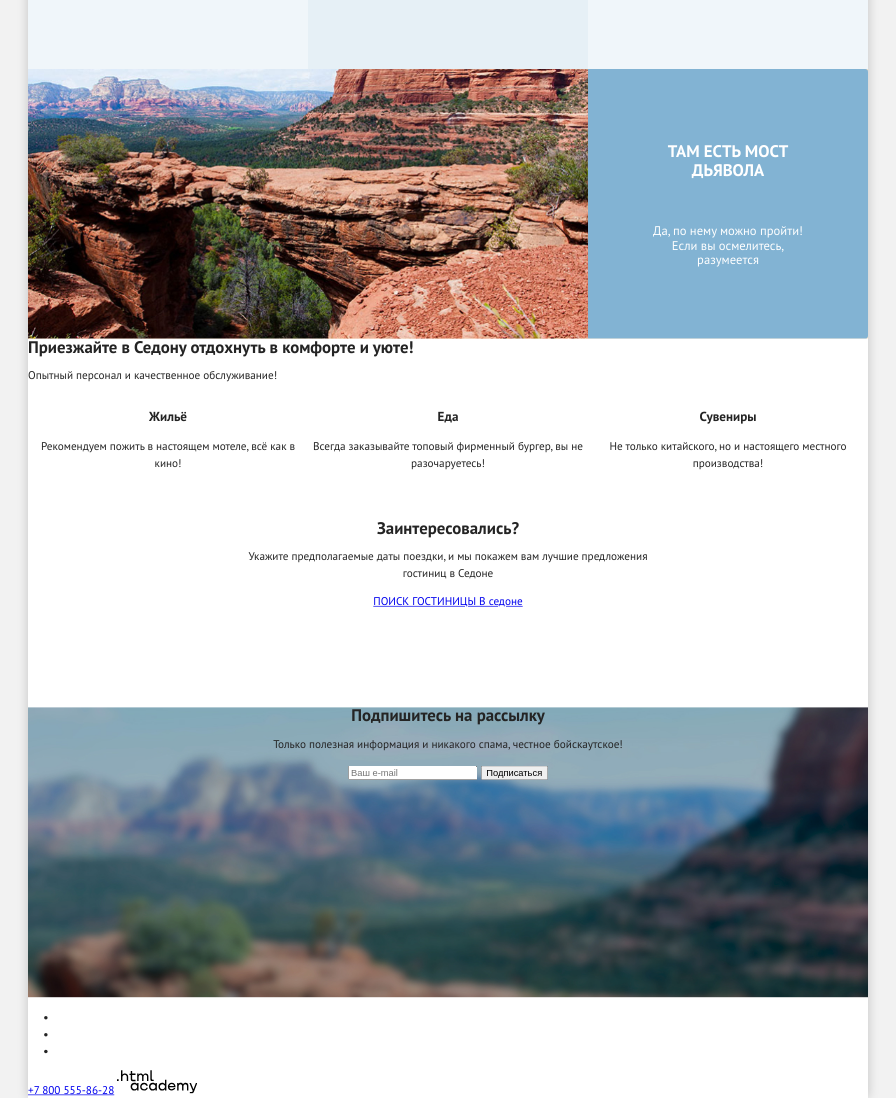
Repository: zakhgagne/2512253-sedona-1
Page: index.html
These files come from the project's save history. The page is drawn as it stood at one moment and after the next save; the edit follows.
The browser window is 1280 px wide. The pictures show the part of the page from y = 1481 to 3401 px (the page is 3050 px tall before and 3401 px after), at 70% of full size.

Above is the page before, as saved 2024-05-11 14:02:07.

### index.html
<!DOCTYPE html>
<html lang="ru">

  <head>
    <meta charset="utf-8">
    <title>Сайт города Седона</title>
    <link rel="stylesheet" href="styles/styles.css">
  </head>

  <body>
    <div class="container">
      <header class="header">
        <a class="logo-link" href="#">
          <img class="logo-image" src="./images/logo.svg" alt="Любимая Седона" width="" height="">
        </a>
        <nav class="navigation">
          <ul class="main-menu">
            <li class="menu-item">
              <a href="./index.html" class="menu-link">Главная</a>
            </li>
            <li class="menu-item">
              <a href="#" class="menu-link">О Седоне</a>
            </li>
            <li class="menu-item">
              <a href="./catalog.html" class="menu-link">Гостиницы</a>
            </li>
          </ul>
          <ul class="user-menu">
            <li class="user-menu-item">
              <a href="#" class="user-menu-link">
                <span class="visually-hidden">Поиск</span>
              </a>
            </li>
            <li class="user-menu-item">
              <a href="#" class="user-menu-link">
                <span class="visually-hidden">Избранное</span>
                <span class="like-number">12</span>
              </a>
            </li>
            <li class="user-menu-item">
              <a href="#" class="user-menu-link">Хочу сюда!</a>
            </li>
          </ul>
        </nav>
      </header>
      <main class="main-container">
        <h1 class="visually-hidden">Cайт города Седона</h1>
        <section class="welcome">
          <h2 class="visually-hidden">Приглашение</h2>
          <img src="./images/welcome.svg" class="welcome-image" width="" height="" alt="Welcome">
        </section>

        <section class="city">
          <h2 class="city-title">Седона — небольшой городок в Аризоне, заслуживающий большего!</h2>
          <p class="city-subtitle">Рассмотрим причины, по которым Седона круче, чем Гранд-каньон!</p>

          <ul class="reason-list">
            <li class="reason-item reason-item-special">
              <div class="reason-container">
                <h3 class="reason-title">Настоящий городок</h3>
                <p class="reason-text">Седона — не аттракцион для туристов, там течёт своя жизнь</p>
              </div>
              <img src="./images/photo-1.jpg" class="reason-image" width="" height="">
            </li>
            <li class="reason-item">
              <div class="reason-container">
                <h3 class="reason-title">Небольшая площадь</h3>
                <p class="reason-text">Все достопримечательности находятся очень близко</p>
              </div>
            </li>
            <li class="reason-item">
              <div class="reason-container">
                <h3 class="reason-title">Красивая дорога</h3>
                <p class="reason-text">Ехать в Седону из Лас-Вегаса совсем не скучно!</p>
              </div>
            </li>
            <li class="reason-item">
              <div class="reason-container">
                <h3 class="reason-title">Мало туристов</h3>
                <p class="reason-text">Большинство едет в Гранд Каньон и толпится там</p>
              </div>
            </li>
            <li class="reason-item reason-item-special">
              <img src="./images/photo-2.jpg" class="reason-image" width="" height="">
              <div class="reason-container">
                <h3 class="reason-title">Там есть мост дьявола</h3>
                <p class="reason-text">Да, по нему можно пройти! Если вы осмелитесь, разумеется</p>
              </div>
            </li>
          </ul>
        </section>

        <section class="city-welcome">
          <h2 class="desription">Приезжайте в Седону отдохнуть в комфорте и уюте!</h2>
          <p class="simple-text">Опытный персонал и качественное обслуживание!</p>

          <ul class="comfort-list">
            <li class="comfort-item">
              <h3 class="comfort-title">Жильё</h3>
              <p class="comfort-text">Рекомендуем пожить в настоящем мотеле, всё как в кино!</p>
            </li>
            <li class="comfort-item">
              <h3 class="comfort-title">Еда</h3>
              <p class="comfort-text">Всегда заказывайте топовый фирменный бургер, вы не разочаруетесь!</p>
            </li>
            <li class="comfort-item">
              <h3 class="comfort-title">Сувениры</h3>
              <p class="comfort-text">Не только китайского, но и настоящего местного производства!</p>
            </li>
          </ul>
        </section>

        <section class="interest">
          <h2 class="desription">Заинтересовались?</h2>
          <p class="simple-text">Укажите предполагаемые даты поездки, и мы покажем вам лучшие предложения гостиниц в
            Седоне</p>
          <a href="#" class="button-search-motel">ПОИСК ГОСТИНИЦЫ В седоне</a>
        </section>

      </main>

      <footer>
        <section class="news-letter">
          <h2 class="desription">Подпишитесь на рассылку</h2>
          <p class="simple-text">Только полезная информация и никакого спама, честное бойскаутское!</p>

          <form class="subscribe-form" action="https://echo.htmlacademy.ru/" method="post">
            <input class="field" placeholder="Ваш e-mail" type="email" name="distribution-email" required>
            <button class="subscribe-form-button" type="submit">Подписаться</button>
          </form>
        </section>
        <div class="footer-container">
          <section class="contacts">
            <h2 class="visually-hidden">Контакты</h2>
            <ul class="contact-list">
              <li class="contact-list-item">
                <a href="#" class="contact-list-link">
                  <p class="visually-hidden">Вконтакте</p>
                </a>
              </li>
              <li class="contact-list-item">
                <a href="#" class="contact-list-link">
                  <p class="visually-hidden">Телеграм</p>
                </a>
              </li>
              <li class="contact-list-item">
                <a href="#" class="contact-list-link">
                  <p class="visually-hidden">Ютуб</p>
                </a>
              </li>
            </ul>
            <a class="footer-contacts-address-phone" href="tel:+78005558628">+7 800 555-86-28</a>
            <a class="htmlacademy-link" href="https://htmlacademy.ru/">
              <img src="./images/logo-academy.svg" width="" height="" alt="Академия">
            </a>
          </section>
        </div>
      </footer>
    </div>
  </body>

</html>

### styles/styles.css
@font-face {
  font-family: "PT Sans";
  font-style: normal;
  font-weight: 400;
  src: url("../fonts/ptsans-400.woff2") format("woff2");
  font-display: swap;
}

@font-face {
  font-family: "PT Sans";
  font-style: normal;
  font-weight: 700;
  src: url("../fonts/ptsans-700.woff2") format("woff2");
  font-display: swap;
}


body {
  margin: 0;
  font-family: "PT Sans", "Arial", sans-serif;
  font-size: 16px;
  line-height: 24px;
  color: #242424;
  background-color: #f2f2f2;
}

.visually-hidden {
  display: none;
}

.container {
  width: 1200px;
  margin: 0 auto;
  background-color: #ffffff;
  box-shadow: 0 0 15px rgba(0, 0, 0, 0.2);
}

.header {
  background-color: #ffffff;
  position: relative;
  padding: 0 68px 0 238px;
}

.logo-link {
  position: absolute;
  top: 0;
  left: 70px;
}

.logo-image {}

.navigation {
  display: flex;
  justify-content: space-between;
}

.main-menu {
  padding: 0;
  margin: 0;
  list-style: none;
  display: flex;
  width: 500px;
  flex-wrap: wrap;
}

.menu-item {}

.menu-link {
  font-size: 20px;
  font-weight: 700;
  line-height: 24px;
  color: #000000;
  text-decoration: none;
  display: block;
  padding: 20px 16px;

}

.menu-item:nth-child(1) {
  /* background-color: red; */
}

.menu-item:nth-child(2) {
  /* background-color: blue; */
}

.menu-item:nth-child(3) {
  /* background-color: red; */
}

.user-menu {
  padding: 0;
  margin: 0;
  list-style: none;
  display: flex;
}

.welcome {
  background-color: #aec5d1;
  background-image: url("../images/white-crown.svg"), url("../images/index-background.jpg");
  background-repeat: no-repeat;
  background-position: center bottom, center top;
  background-size: 1200px 57px, cover;
  padding-top: 51px;
  padding-bottom: 82px;
  min-height: 352px;
}

.welcome-image {
  display: block;
  margin: 0 auto;
}

.city {
  text-align: center;
  padding-top: 70px;
}

.city-title {
  padding: 0;
  margin: 0 auto 24px;
  font-size: 30px;
  font-weight: 700;
  line-height: 36px;
  text-transform: uppercase;
  width: 750px;

}

.city-subtitle {
  padding: 0;
  margin: 0 auto 90px;
  font-size: 22px;
  font-weight: 400;
  line-height: 26px;
  width: 750px;
}

.reason-list {
  display: flex;
  justify-content: space-between;
  text-align: center;
  padding: 0;
  margin: 0;
  list-style: none;
  flex-wrap: wrap;
}

.reason-item {
  display: flex;
  background-color: bisque;
}

.reason-container {
  width: 400px;
  padding-top: 103px;
  padding-bottom: 102px;
}

.reason-title {
  margin: 0 auto 61px;
  padding: 0;
  font-size: 24px;
  font-weight: 700;
  line-height: 28px;
  width: 175px;
  text-transform: uppercase;

}

.reason-text {
  padding: 0;
  margin: 0 auto;
  font-size: 18px;
  font-weight: 400;
  line-height: 21px;
  width: 231px;
}

.reason-item:nth-child(2n) {
  background-color: #f0f6fa;
}
.reason-item:nth-child(3n) {
  background-color: #e6f0f6;
}
.reason-item-special .reason-container {
  background-color: #82B3D3;
  border-radius: 0px 4px 4px 0px;
  color: #FFFFFF;

}

.comfort-list {
  display: flex;
  justify-content: space-between;
  text-align: center;
  padding: 0;
  margin: 0;
  list-style: none;
}

.comfort-item {
  width: 400px;
}

.interest {
  text-align: center;
  margin: 54px auto;
  height: 214px;
  width: 592px;
}

.desription {
  padding: 0;
  margin: 0;
}

.footer-container {
  display: flex;
  margin: 0 auto;
}


.news-letter {
  background-image: url("../images/subscribe.jpg");
  background-repeat: no-repeat;
  min-height: 414px;
  text-align: center;

  /*width: 684px;*/
}

After the next save:
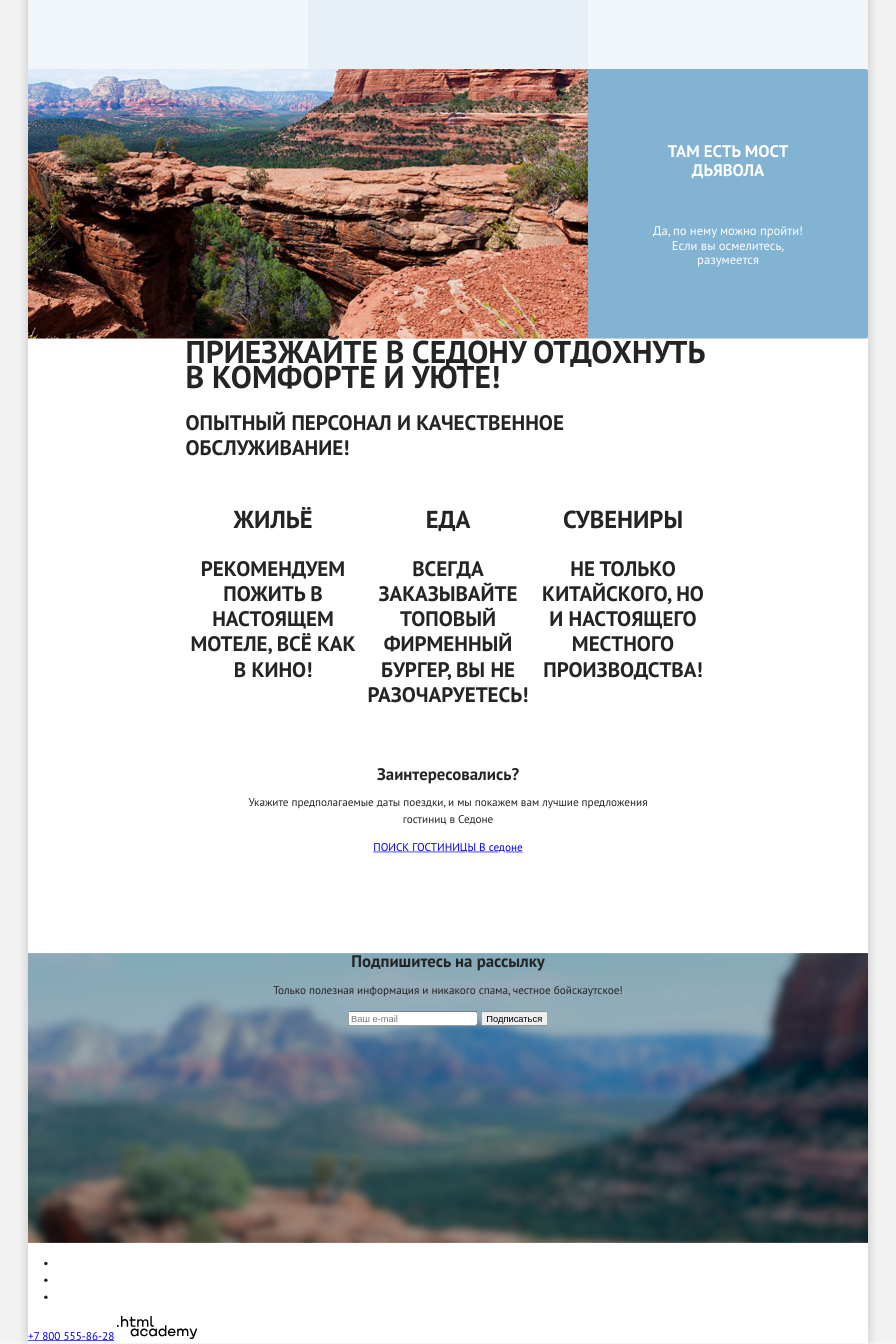
Saved 2 min 24 s later.
--- a/styles/styles.css
+++ b/styles/styles.css
@@ -229,3 +229,13 @@ body {
 
   /*width: 684px;*/
 }
+
+.city-welcome {
+  padding: 0;
+    margin: 0 auto 24px;
+    font-size: 30px;
+    font-weight: 700;
+    line-height: 36px;
+    text-transform: uppercase;
+    width: 750px;
+}
